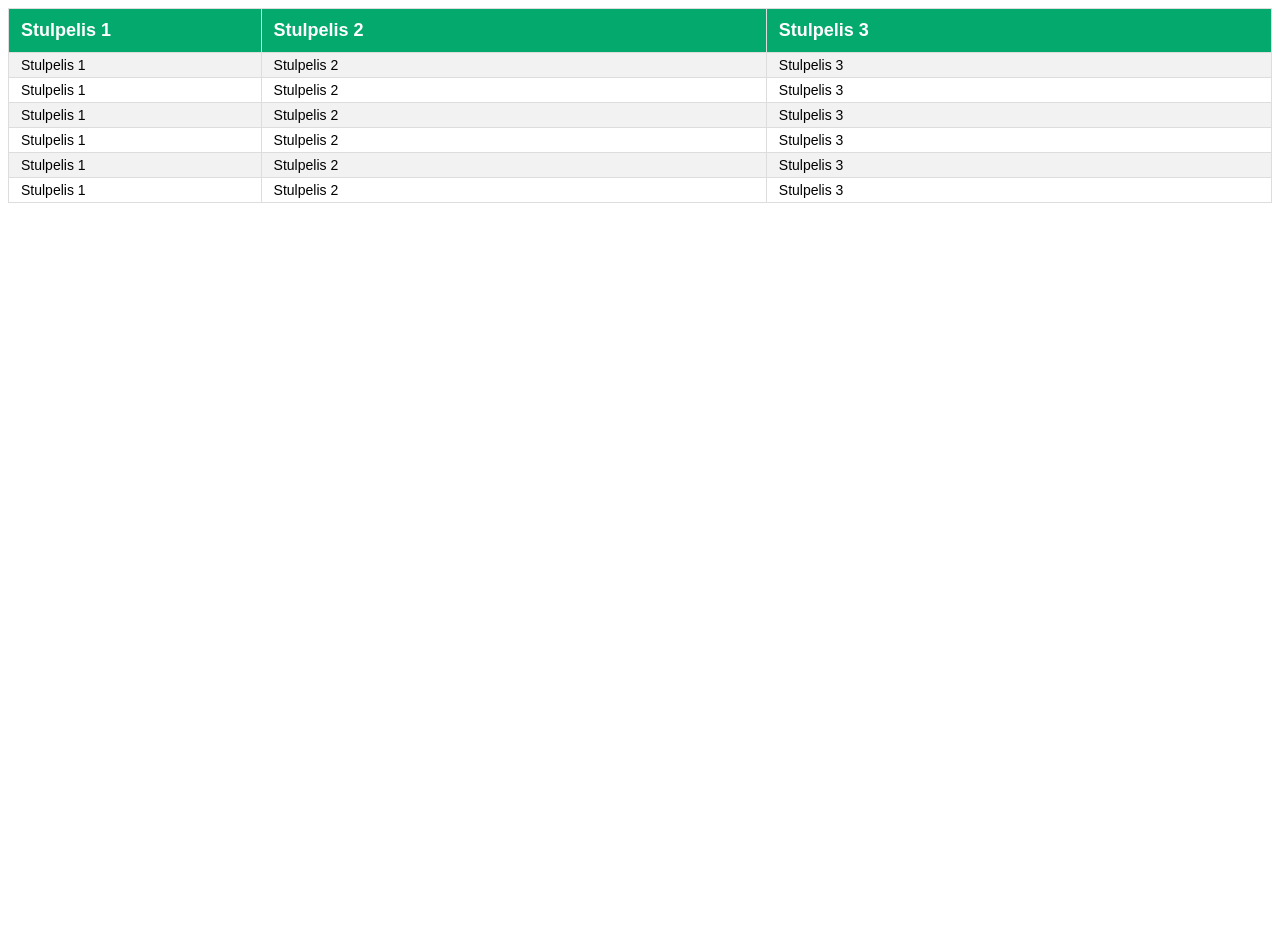
Repository: motiejus1/10-paskaita-05.31
Page: index.html
These files come from the project's save history. The page is drawn as it stood at one moment and after a run of saves; the edit follows.
The browser window is 1280 px wide. The pictures show the part of the page from y = 0 to 952 px (the page is 3211 px tall).
Backgrounds fixed to the window are drawn as part of the page.

Above is the page before, as saved 2021-06-16 20:21:18.

### index.html
<!DOCTYPE html>
<html lang="en">
<head>
    <meta charset="UTF-8">
    <meta http-equiv="X-UA-Compatible" content="IE=edge">
    <meta name="viewport" content="width=device-width, initial-scale=1.0">
    <title>10 paskaita</title>

    <style>
        html {
            font-size: 18px;
        }

        .container {
            width: 100%;
            height: 1800px;
        }


        /* Fono spalvos */

        .fonas-spalva {
            background-color: green;
            opacity: 0.7;
        }

        .fonas {
            background-color: #657AD3;
            opacity: 0.7;
        }

        .fonas-rgb {
            background-color:rgb(101, 122, 211);
            opacity: 0.7;
        }

        .fonas-rgba {
            background-color:rgba(101, 122, 211, 0.7);
        }

        /* Paveiksliukas kaip fonas */
        .paveiksliukas {
            height: 100%;
            background-image: url("https://images.unsplash.com/photo-1593642531955-b62e17bdaa9c?ixid=MnwxMjA3fDF8MHxwaG90by1wYWdlfHx8fGVufDB8fHx8&ixlib=rb-1.2.1&auto=format&fit=crop&w=750&q=80");
            background-color:grey;
            background-repeat: no-repeat;
            opacity: 0.7;
            background-attachment: fixed;
            /* background-position: 5px 5px; */
            /* background-position: center center; */
            /* background-size: 100% 100%; */
            /* background-size: contain; background-size: 100% */
            /* background-size: cover; */


        }

        table {

            font-family: Arial, Helvetica, sans-serif;
            border: 1px solid  #ddd;
            margin-bottom: 1200px;
            width: 100%;
            border-collapse: collapse;
        }


        td, th {
            border: 1px solid  #ddd;
            padding-left: 12px;
        }

        th {
            text-align: left;
            padding-top: 11px;
            padding-bottom: 11px;
            background-color: #04AA6D;
            color:white;
            font-size: 1rem;
        }

        td {
            padding-top: 0.2222rem;
            padding-bottom: 4px;
            font-size: 0.7778rem;
        }

        tr:nth-child(even) {
            background-color: #f2f2f2;
        }

        tr:hover {
            background-color: #ddd;
         }

        /* td:hover { */
            /* background-color: #ddd; */
        /* } */
            .col-20 {
                width: 20%;
            }
    </style>
</head>
<body>

    <table>
        <tr>
            <th class="col-20">Stulpelis 1</th>
            <th class="col-40">Stulpelis 2</th>
            <th class="col-40">Stulpelis 3</th>
        </tr>
        <tr>
            <td>Stulpelis 1</td>
            <td>Stulpelis 2</td>
            <td>Stulpelis 3</td>
        </tr>
        <tr>
            <td>Stulpelis 1</td>
            <td>Stulpelis 2</td>
            <td>Stulpelis 3</td>
        </tr>
        <tr>
            <td>Stulpelis 1</td>
            <td>Stulpelis 2</td>
            <td>Stulpelis 3</td>
        </tr>
        <tr>
            <td>Stulpelis 1</td>
            <td>Stulpelis 2</td>
            <td>Stulpelis 3</td>
        </tr>
        <tr>
            <td>Stulpelis 1</td>
            <td>Stulpelis 2</td>
            <td>Stulpelis 3</td>
        </tr>
        <tr>
            <td>Stulpelis 1</td>
            <td>Stulpelis 2</td>
            <td>Stulpelis 3</td>
        </tr>
    </table>

    <div class="container fonas-rgba">
        <div class="paveiksliukas">
            Tekstas
        </div>
    </div>
</body>
</html>

After the next 2 saves:
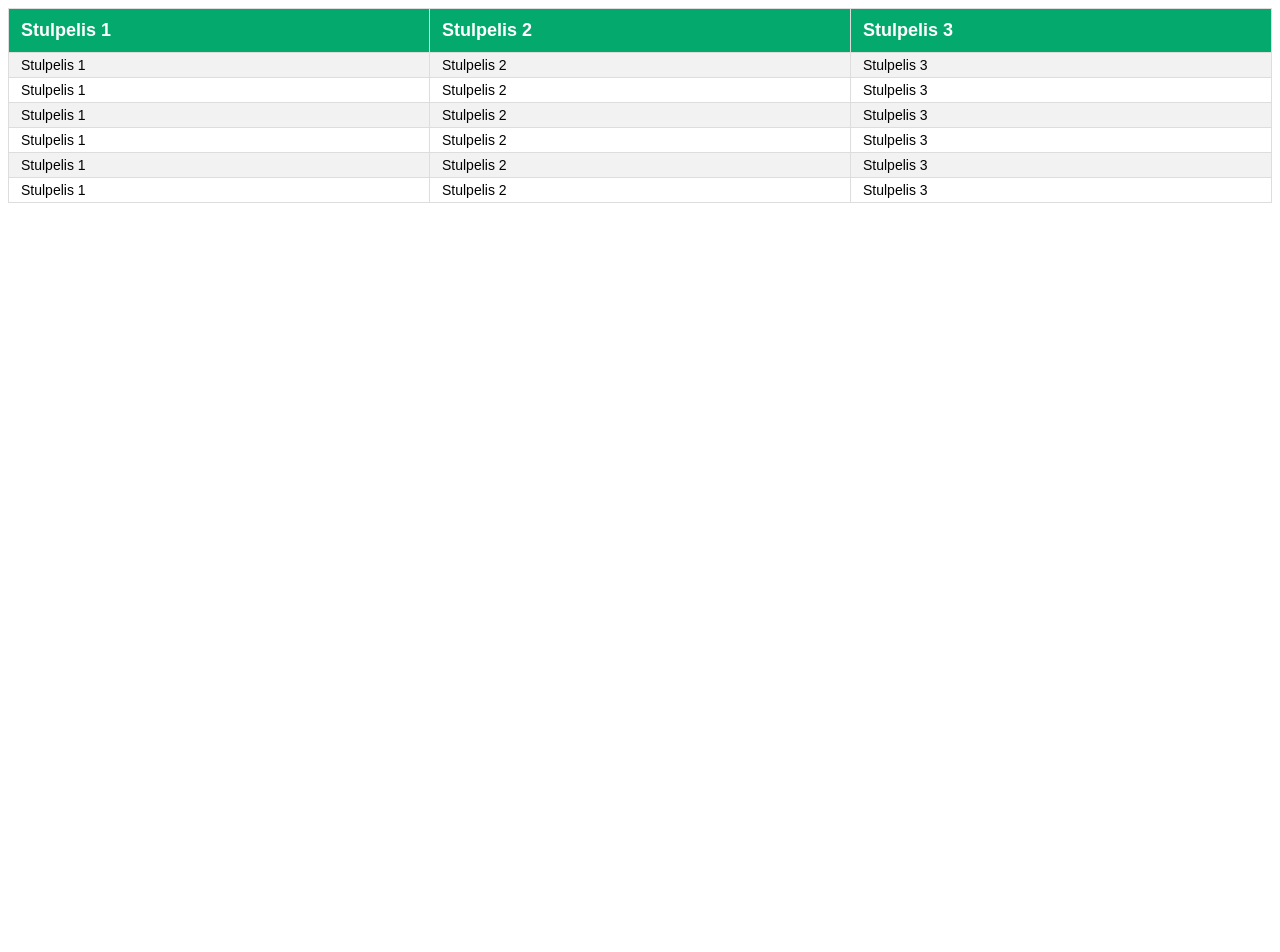
The 2 saves are shown as one change because they came seconds apart.
The last was saved 13 s later.
--- a/index.html
+++ b/index.html
@@ -99,6 +99,9 @@
             .col-20 {
                 width: 20%;
             }
+            .col-40 {
+                width: 20%;
+            }
     </style>
 </head>
 <body>

After the save that followed:
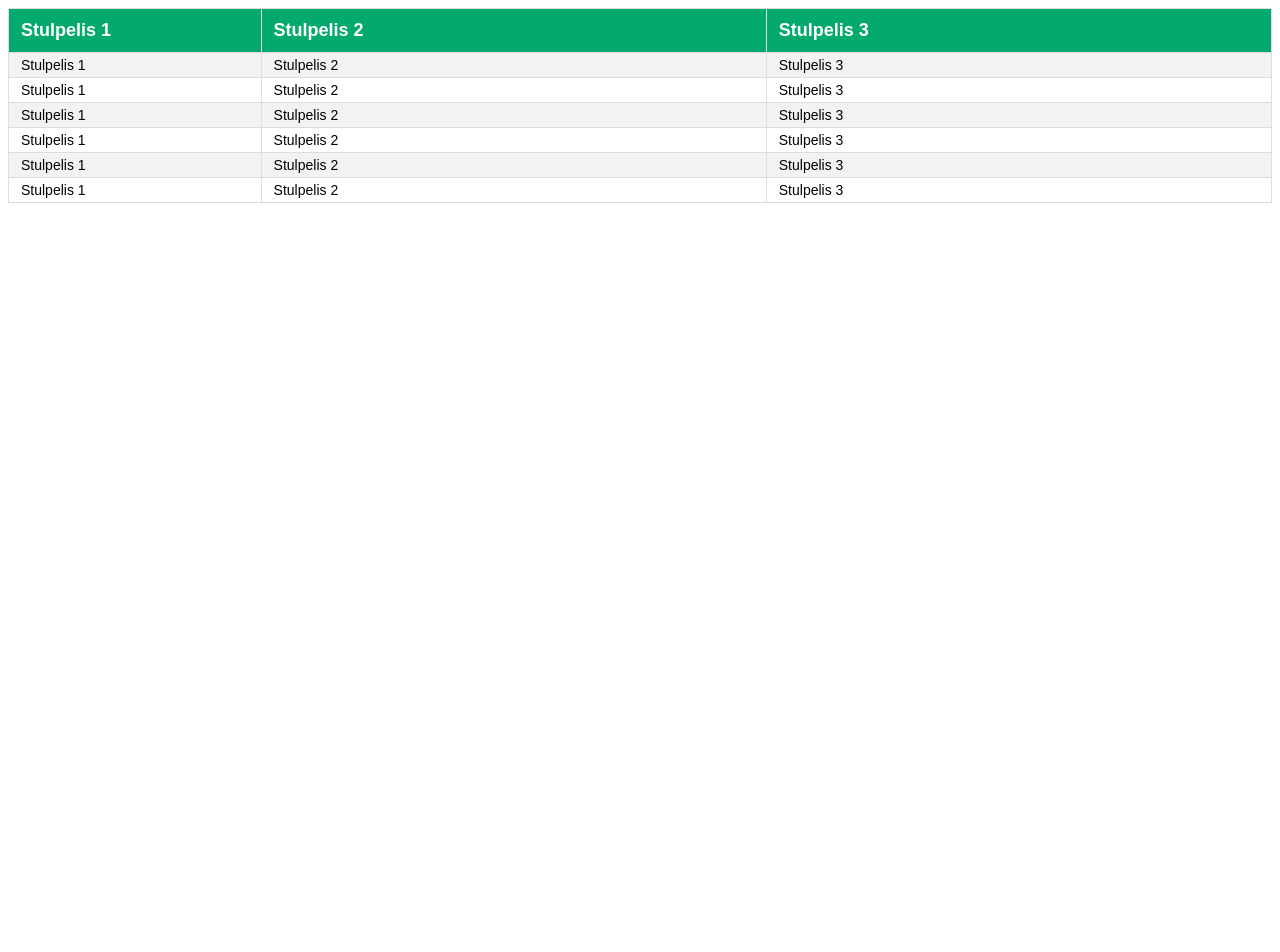
Saved 4 s later.
--- a/index.html
+++ b/index.html
@@ -100,7 +100,7 @@
                 width: 20%;
             }
             .col-40 {
-                width: 20%;
+                width: 40%;
             }
     </style>
 </head>
